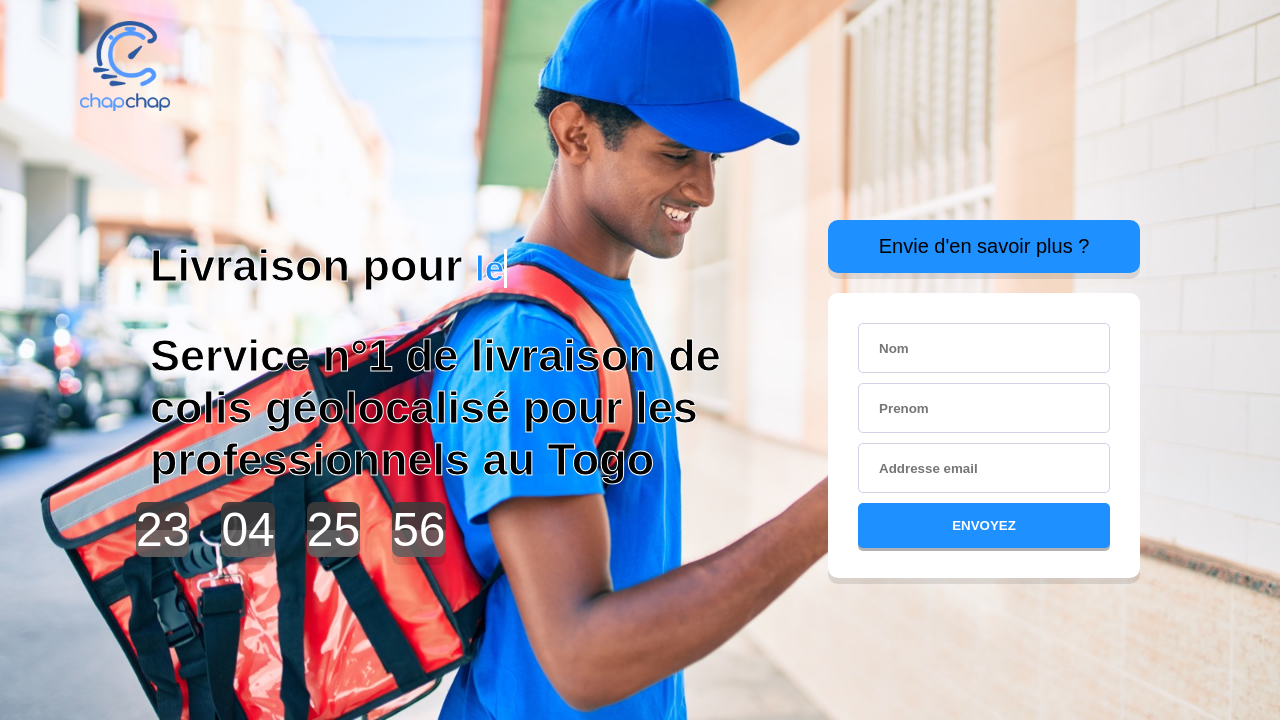
Repository: lawalalao/landpage
Page: index.html
An editor plug-in stored every save of this project. The page is shown before and after the next save, followed by the edit.
The browser window is 1280 px wide. The pictures show the whole page.
Some web fonts or font styles are not loaded; a fallback is used.

Above is the page before, as saved 2021-01-14 17:53:19.
Console error: TypeError: Cannot read properties of null (reading 'addEventListener')

After the next save:
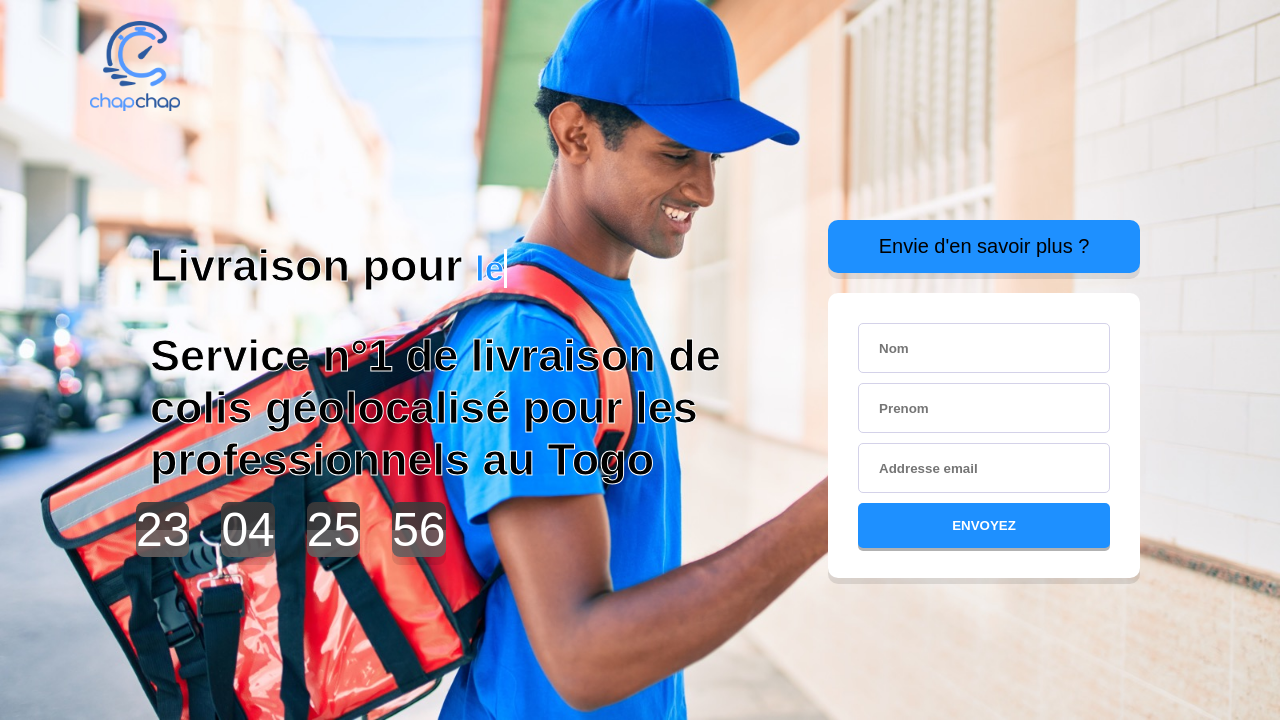
Saved 37 s later.
--- a/style.css
+++ b/style.css
@@ -16,7 +16,7 @@ body {
     z-index: 1000;
     top: 0;
     right: 30px;
-    left: 30px;
+    left: 40px;
     height: 35px;
     display: flex;
     flex-direction: row;
